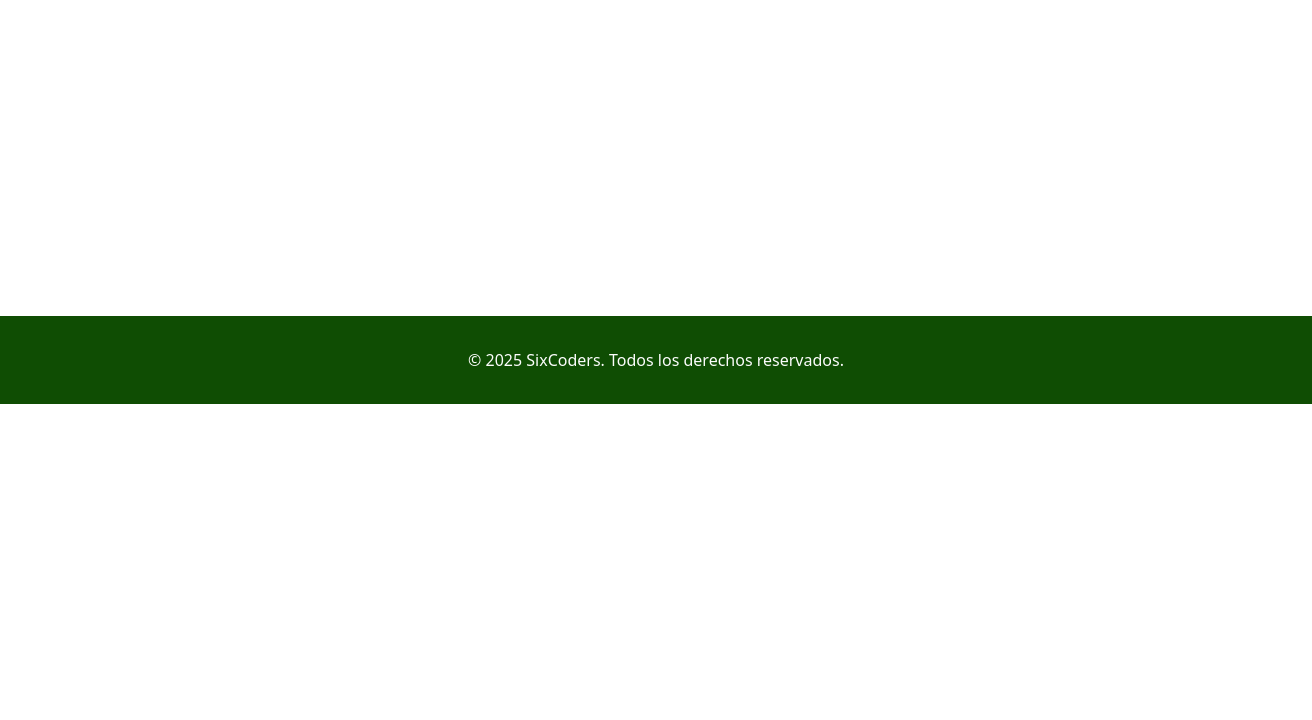
Repository: gaizkamg/cadena-de-postales-FRONT
Page: /info
These files come from the project's save history. The page is drawn as it stood at one moment and after the next save; the edit follows.
The browser window is 1280 px wide. The page is 1312 px wide, then 1280 px, so the pictures cover 1312 px, including what lies to the right of the window. The pictures show the whole page.
The project was rebuilt for these pictures with package versions that can differ from the ones it lists, and the page was loaded fresh each time. Also part of the build but not shown: vite.config.js.

Above is the page before, as saved 2025-05-21 09:17:30.

After the next save:
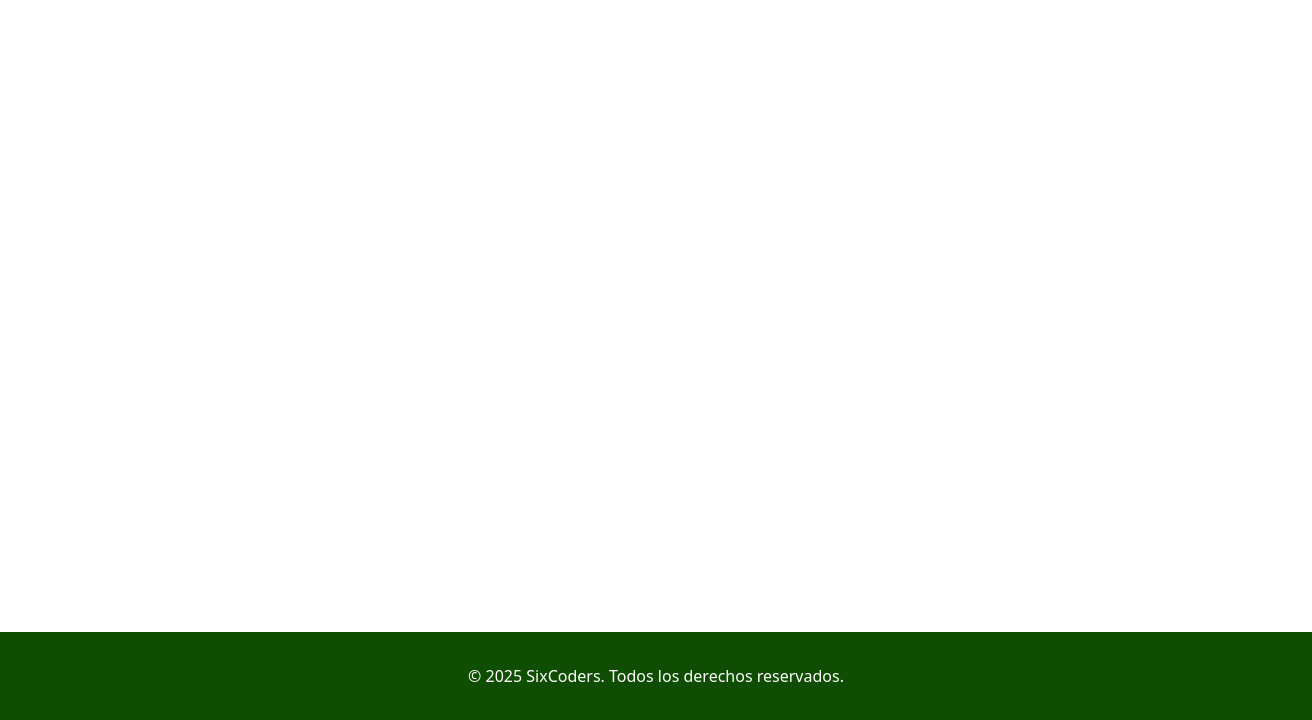
Saved 88 s later.
--- a/src/components/Footer.vue
+++ b/src/components/Footer.vue
@@ -10,7 +10,8 @@
 
 <style scoped>
 .footer {
-  position: relative;
+  position: fixed;
+  bottom: 0;
   left: 50%;
   right: 50%;
   margin-left: -50vw;
@@ -20,5 +21,6 @@
   padding: 1rem;
   color: #fcfdfc;
   text-align: center;
+  z-index: 1000; /* para que quede por encima si hay otros elementos */
 }
 </style>
